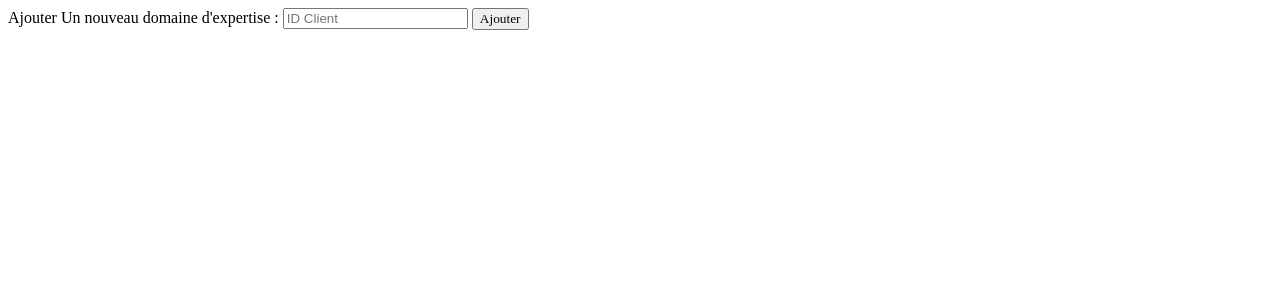
Repository: Bjalel/ConsultingPlatform
Page: adminexpertise.html
An editor plug-in stored every save of this project. The page is shown before and after the next save, followed by the edit.
The browser window is 1280 px wide. The pictures show the whole page.

Above is the page before, as saved 2019-09-22 17:46:54.

After the next save:
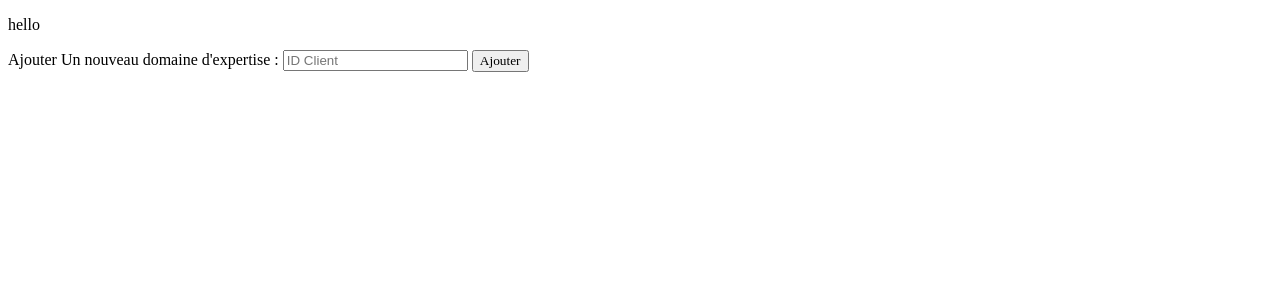
Saved 74 s later.
--- a/adminexpertise.html
+++ b/adminexpertise.html
@@ -12,7 +12,7 @@
 </head>
 
 <body>
-
+<p>hello</p>
     <form >
         <div class="form-row"  >
           <div class="form-group col-md-6">
@@ -27,6 +27,7 @@
 
 
 
+
     </form>
 
 
